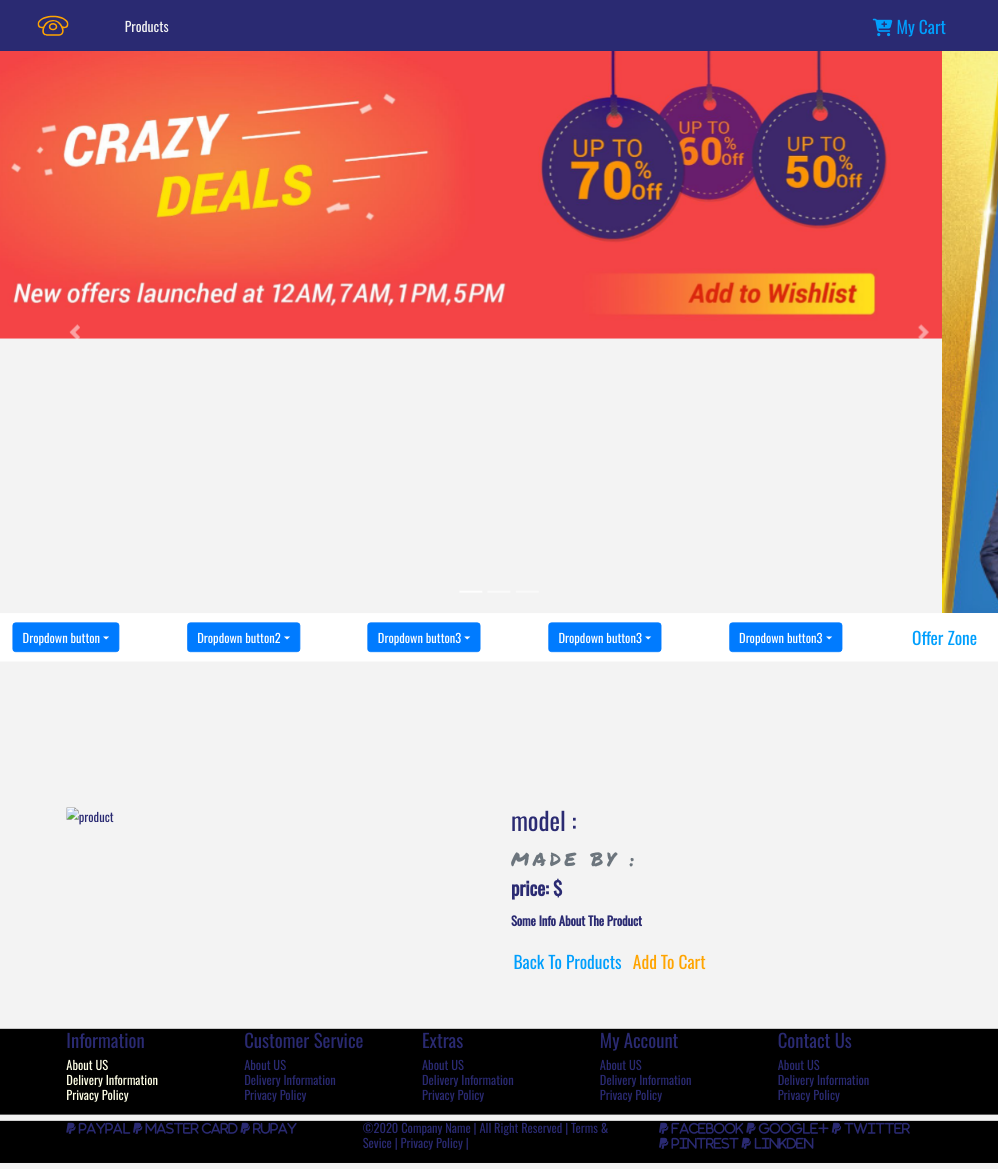
Repository: aditya1068/Online-Store
Page: /details
An editor plug-in stored every save of this project. The page is shown before and after the next save, followed by the edit.
The browser window is 1280 px wide. The pictures show the whole page, at 78% of full size.
Some web libraries are served in a nearby version. The project was rebuilt for these pictures with package versions that can differ from the ones it lists, and the page was loaded fresh each time. Also part of the build but not shown: src/components/Products.js, src/components/Title.js, src/components/ProductsList.js, src/components/Cart.js, src/components/Default.js.

Above is the page before, as saved 2020-04-03 03:30:45.

After the next save:
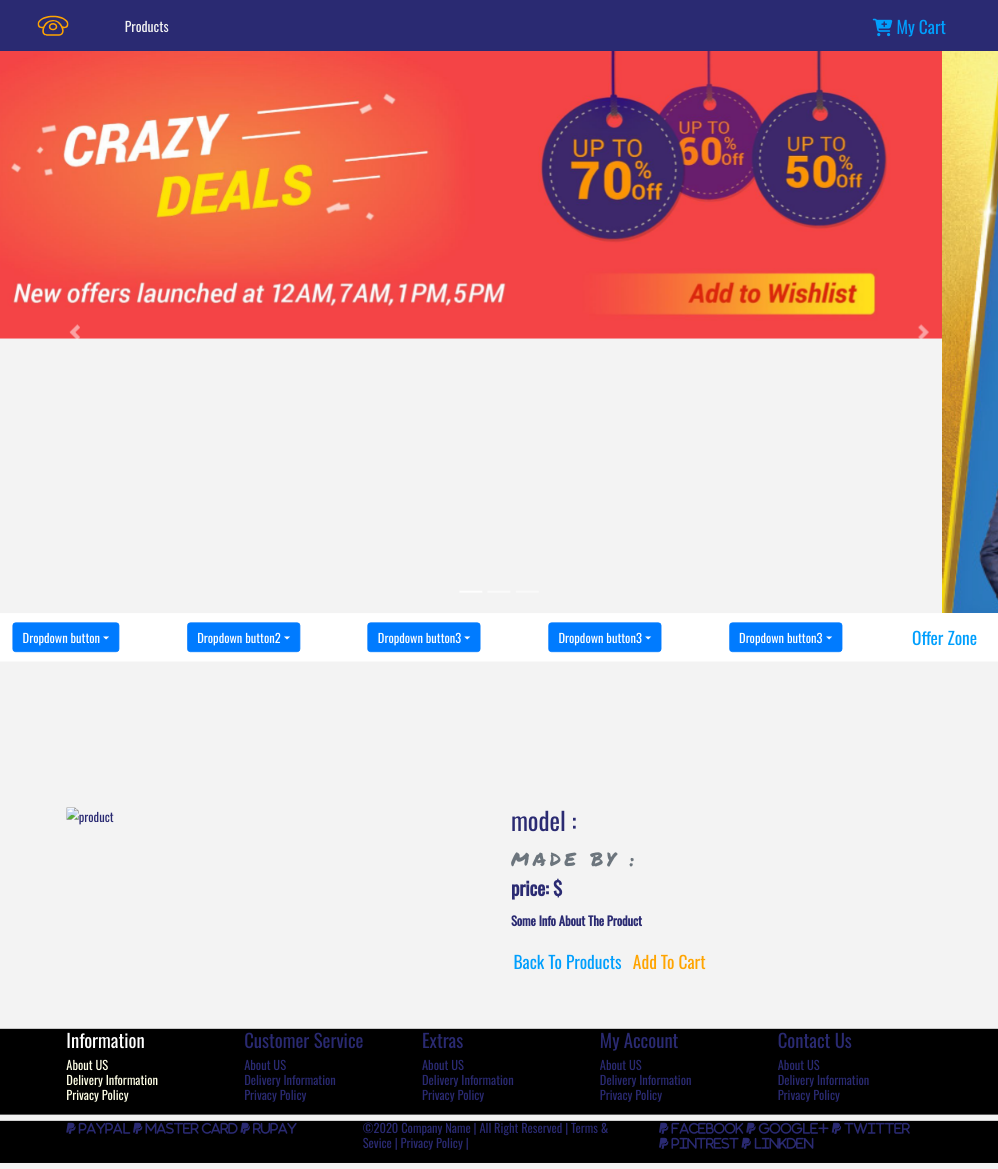
Saved 61 s later.
--- a/src/components/Footer.js
+++ b/src/components/Footer.js
@@ -10,7 +10,7 @@
               <div className= "row">
                   {/* column1 */}
                   <div className= "col">
-                  <h4 style={{color: "#fffff"}}>Information</h4>
+                  <h4 style={{color: "#ffffff"}}>Information</h4>
                       <ul className="list-unstyled" style={{color: "#ffffe6"}} >
                          <h6> <li>About US</li>
                           <li>Delivery Information</li>
